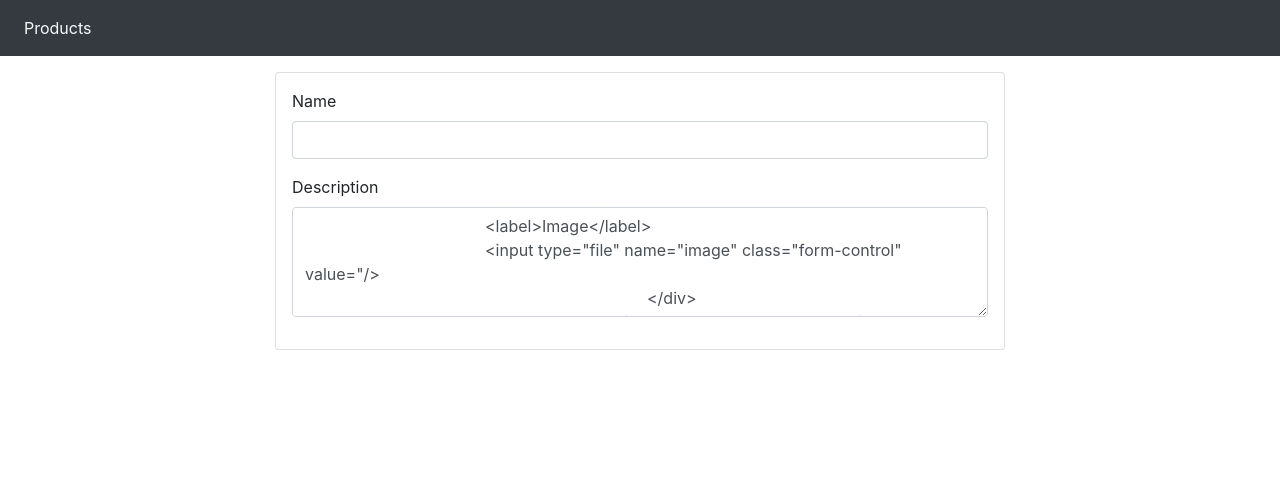
Repository: Aniksaha19/curd
Page: http://localhost/products/create
These files come from the project's save history. The page is drawn as it stood at one moment and after the next save; the edit follows.
The browser window is 1280 px wide. The pictures show the whole page.
The page is served by the project's Laravel application, run on PHP 8.4 with Laravel 10.

Above is the page before, as saved 2023-06-01 17:25:41.

After the next save:
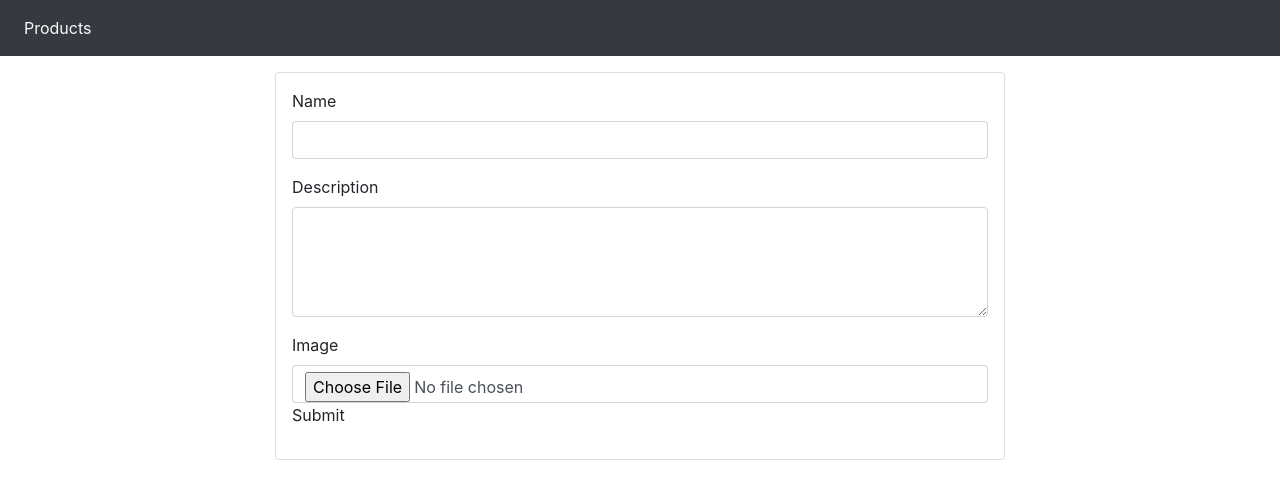
Saved 33 s later.
--- a/resources/views/products/create.blade.php
+++ b/resources/views/products/create.blade.php
@@ -35,7 +35,7 @@
                                 </div>
                                 <div class="form-group">
                                     <label>Description</label>
-                                    <textarea class="form-control" rows="4" name="description" value="{{ old('description') }}></textarea>
+                                    <textarea class="form-control" rows="4" name="description" {{ old('description') }}></textarea>
                                     @if($errors->has('description'))
                                         <span class="text-danger">{{ $errors->first('description') }}</span>
                                     @endif
